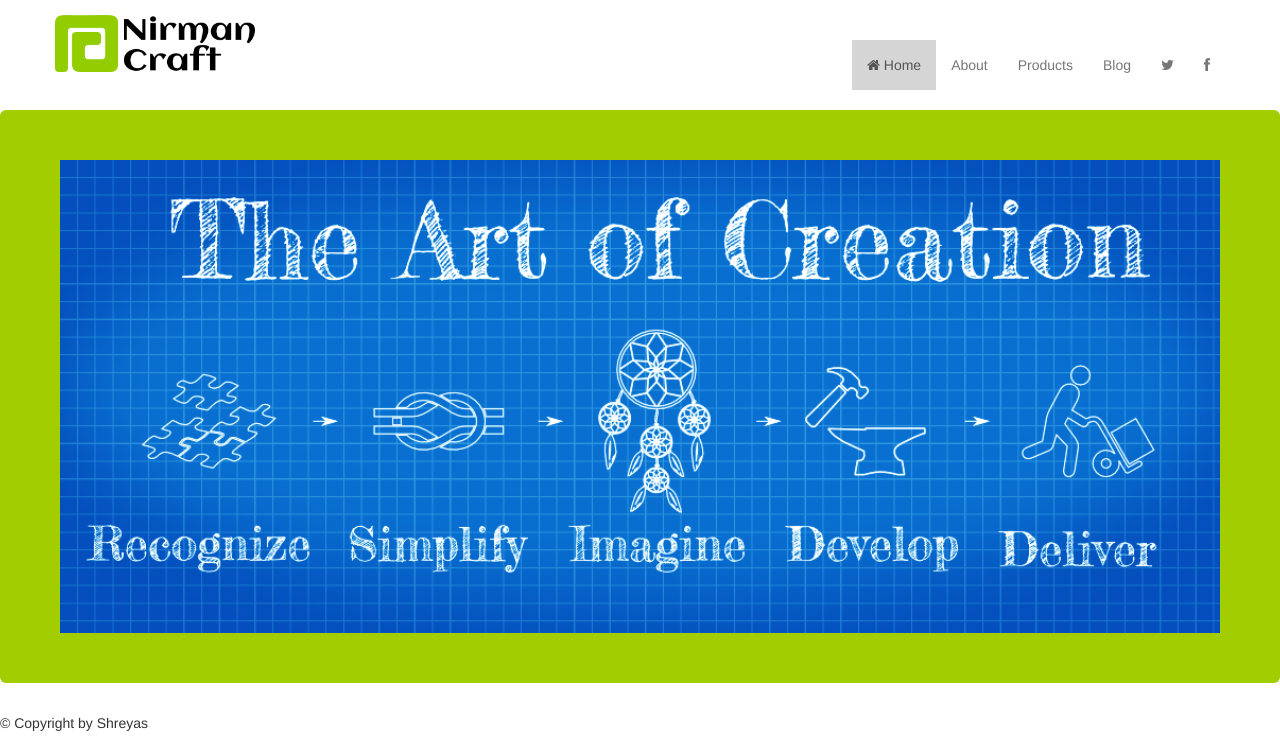
Repository: MeShreyas/NirmanCraftWebsite
Page: NirmanCraft/index.html
An editor plug-in stored every save of this project. The page is shown before and after the next save, followed by the edit.
The browser window is 1280 px wide. The pictures show the whole page.

Above is the page before, as saved 2013-10-07 12:00:17.
Console error: ReferenceError: jQuery is not defined

After the next save:
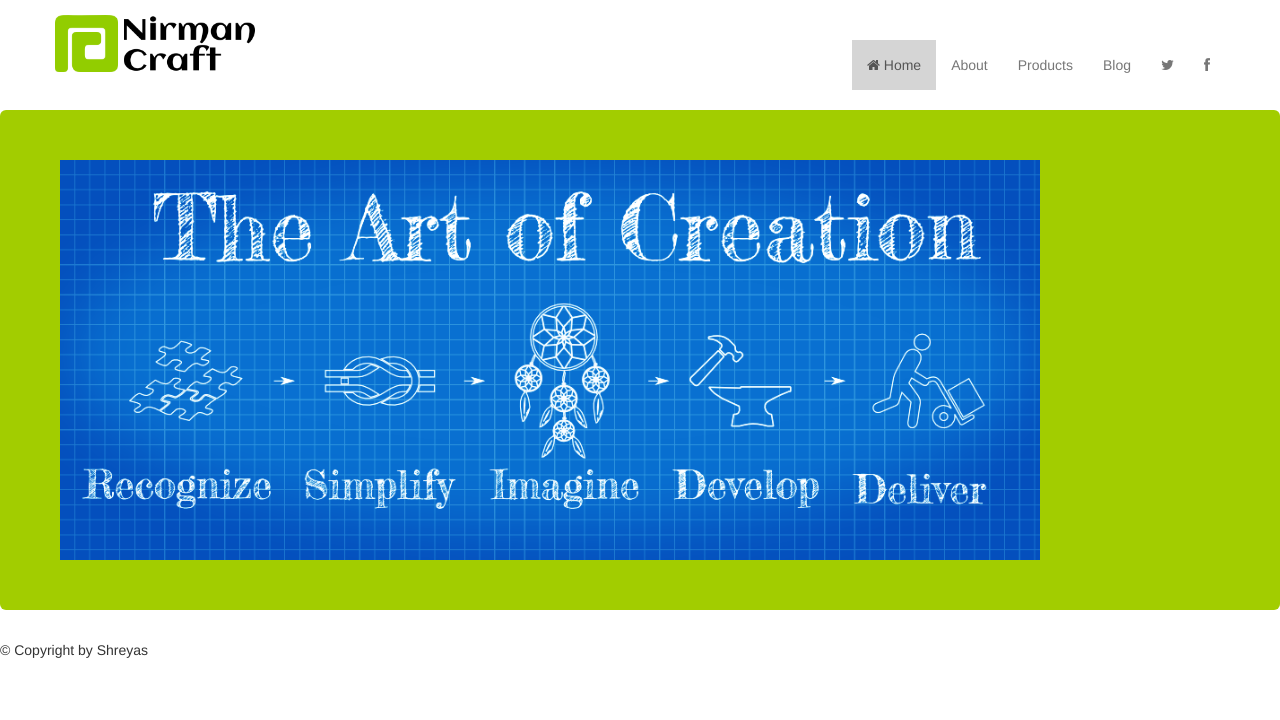
Saved 23 s later.
--- a/NirmanCraft/index.html
+++ b/NirmanCraft/index.html
@@ -54,7 +54,7 @@
 
 			<div class="jumbotron" style="background-color: #A2CD00">
 				<div class="container">
-					<img src="images/finalbanner.png" width="100%" />
+					<img src="images/finalbanner.png" height="400px" />
 				</div>
 
 			</div>
